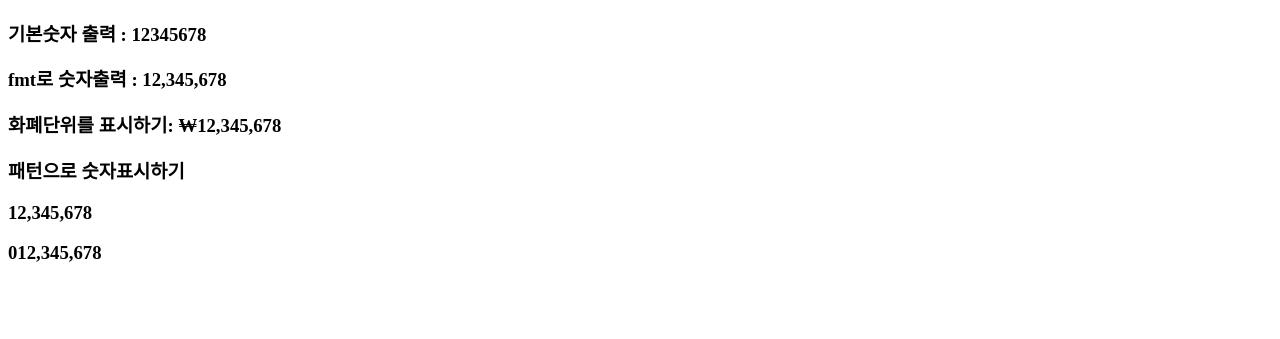
Repository: yongmin0309/mybatis1
Page: http://localhost/eL_JSTL/views/jstl/formattag.jsp
The author's editor kept a copy of each file at every save. The page is drawn from the files as they stood at one save, then again after the next save.
The browser window is 1280 px wide. The pictures show the whole page.
The page is served by Tomcat 9.

Above is the page before, as saved 2024-04-20 08:09:12.

After the next save:
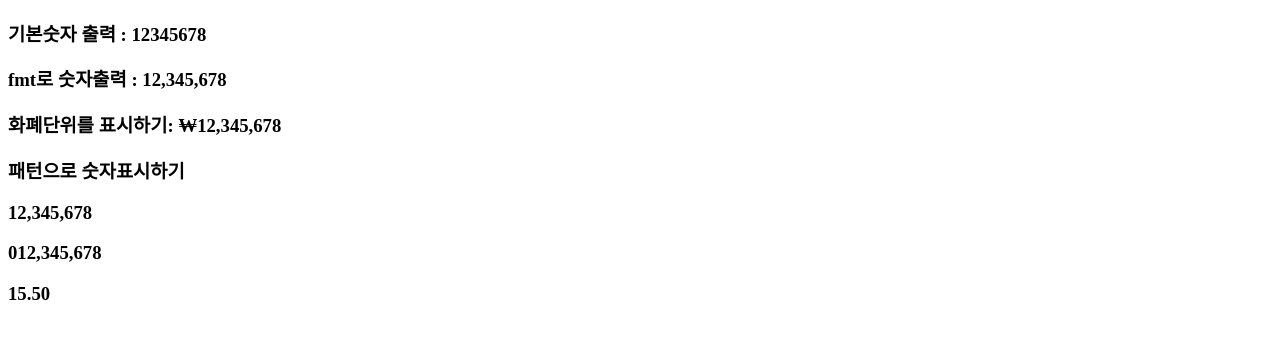
Saved 103 s later.
--- a/work/eL_JSTL/src/main/webapp/views/jstl/formattag.jsp
+++ b/work/eL_JSTL/src/main/webapp/views/jstl/formattag.jsp
@@ -20,6 +20,7 @@
 	<h3>패턴으로 숫자표시하기</h3>
 	<h3><fmt:formatNumber value="${numbertest }" pattern="###,###,###"/></h3>
 	<h3><fmt:formatNumber value="${numbertest }" pattern="000,000,000"/></h3>
+	<h3><fmt:formatNumber value="15.5" pattern="###,###.00"/></h3>
 
 
 </body>
